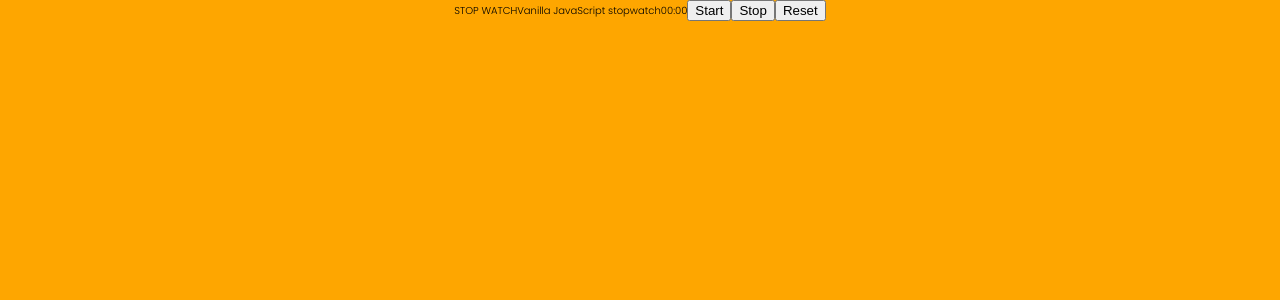
Repository: minhvtQA/stopwatch
Page: index.html
These files come from the project's save history. The page is drawn as it stood at one moment and after the next save; the edit follows.
The browser window is 1280 px wide. The pictures show the whole page.

Above is the page before, as saved 2021-11-04 07:05:48.

### index.html
<!DOCTYPE html>
<html lang="en">
<head>
    <meta charset="UTF-8">
    <meta http-equiv="X-UA-Compatible" content="IE=edge">
    <meta name="viewport" content="width=device-width, initial-scale=1.0">
    <title>Document</title>

    <link rel="stylesheet" href="reset.css">
    <link rel="stylesheet" href="styles.css">
    <link href="https://fonts.googleapis.com/css2?family=Poppins:wght@100;300;700&display=swap" rel="stylesheet">
    <link rel="stylesheet" href="https://cdnjs.cloudflare.com/ajax/libs/font-awesome/6.0.0-beta2/css/all.min.css" integrity="sha512-YWzhKL2whUzgiheMoBFwW8CKV4qpHQAEuvilg9FAn5VJUDwKZZxkJNuGM4XkWuk94WCrrwslk8yWNGmY1EduTA==" crossorigin="anonymous" referrerpolicy="no-referrer" />
    <script src=""></script>
</head>
<body>
    <div class="wrapper">
        <h2>STOP WATCH</h2>
        <h2>Vanilla JavaScript stopwatch</h2>
        <p><span class="second">00</span>:<span class="tens">00</span></p>
        <button id="button-start">Start</button>
        <button id="button-stop">Stop</button>
        <button id="button-reset">Reset</button>
    </div>

</body>
</html>

### styles.css
html {
  font-size: 62.5%;
  font-family: "Poppins", sans-serif;
}

body {
  background-color: #fea600;
}

.wrapper {
  display: flex;
  align-items: center;
  justify-content: center;
}

Loaded but not shown: reset.css (common file)

After the next save:
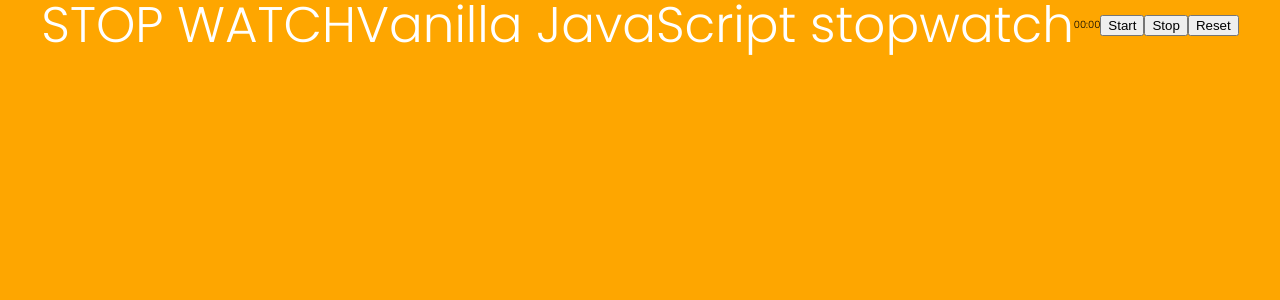
Saved 23 s later.
--- a/styles.css
+++ b/styles.css
@@ -12,3 +12,7 @@ body {
   align-items: center;
   justify-content: center;
 }
+h2 {
+  color: white;
+  font-size: 5rem;
+}
